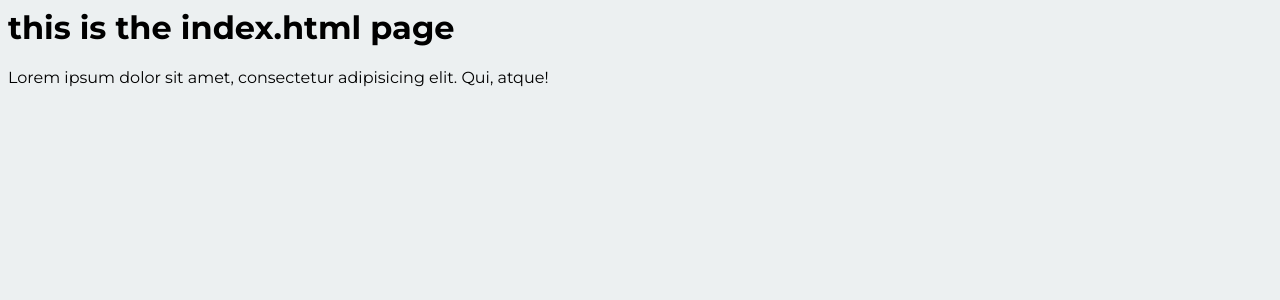
Repository: Joshua-ip/todo_api
Page: http://localhost/
The author's editor kept a record of every edit. The page is drawn from the files as they stood at one moment, then again after the next edit.
The browser window is 1280 px wide. The pictures show the whole page.
The page is served by the project's Node server (todo_api/index.js). Other server files are loaded and not shown.

Above is the page before.

### todo_api/views/index.html
<h1>this is the index.html page</h1>

<p>Lorem ipsum dolor sit amet, consectetur adipisicing elit. Qui, atque!</p>

<head>
    <link rel="stylesheet" href="app.css" type="text/css" />
</head>

<body>

</body>

### todo_api/index.js
var express = require("express");
var app = express(),
    port = process.env.PORT || 3000,
    todoRoutes = require("./routes/todos.js");

app.use(express.static(__dirname + '/views'));
app.use(express.static(__dirname + '/public'));

app.get("/",function(req,res){
    res.sendFile("index.html");
})

app.use("/api/todos",todoRoutes);

app.listen(port,function(){
    console.log("app is running");
})

### todo_api/public/app.css
@import url('https://fonts.googleapis.com/css?family=Montserrat:300,400,700');

body {
	font-family: 'Montserrat', sans-serif;
	background: #ecf0f1;
}

/*****************************HEADER STYLES*****************************/
header {
	text-align: center;
}
header h1 {
	font-size: 64px;
	font-weight: 300;
	margin: 80px 0 25px;
	color: #2c3e50;
}
header h1 span {
	font-weight: 700;
}
header h2 {
	color: #bdc3c7;
	font-weight:300;
}
/*****************************FORM STYLES*****************************/

.form {
	width: 800px;
	margin: 50px auto 20px;
}

#todoInput {
	width: 100%;
	height: 60px;
	background: none;
	border: none;
	border-bottom: 1px solid #34495e;
	outline: none;
	font: 300 28px 'Ubuntu', sans-serif;
	padding: 20px;
	color: #34495e;
}

/*****************************LIST STYLES*****************************/
.list {
	width: 800px;
	margin: 0 auto;
}
.task {
	width: 100%;
	height: 60px;
	line-height: 60px;
	font-size: 20px;
	padding: 0 20px;
	color: #34495e;
	transition: all .3s ease;
}
.task:hover {
	background: rgba(0, 0, 0, .02);
	cursor: pointer;
}

.task:hover span{
	opacity: 1;
}

.done {
	text-decoration: line-through;
	color: #bdc3c7;
}

li span {
  float: right;
  color: #c0392b;
  transition: all 0.3s;
  opacity: 0;
}

li span:hover {
  color: #e74c3c
}

After the next edit:
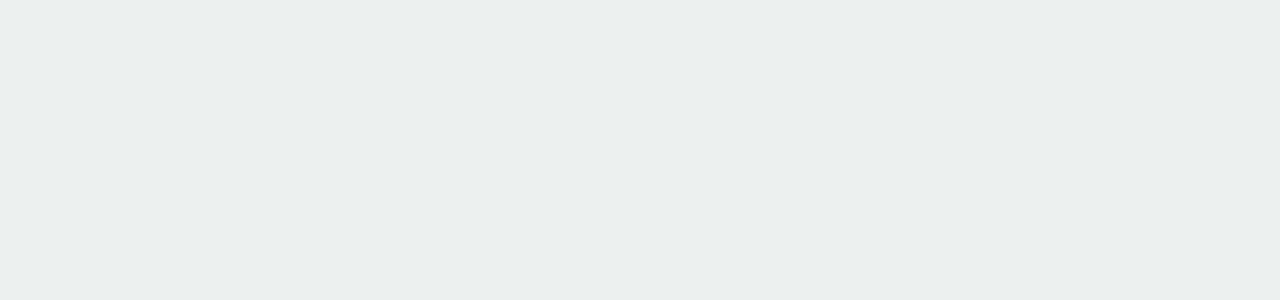
The edit:
--- a/todo_api/views/index.html
+++ b/todo_api/views/index.html
@@ -1,7 +1,3 @@
-<h1>this is the index.html page</h1>
-
-<p>Lorem ipsum dolor sit amet, consectetur adipisicing elit. Qui, atque!</p>
-
 <head>
     <link rel="stylesheet" href="app.css" type="text/css" />
 </head>

After the edit that followed:
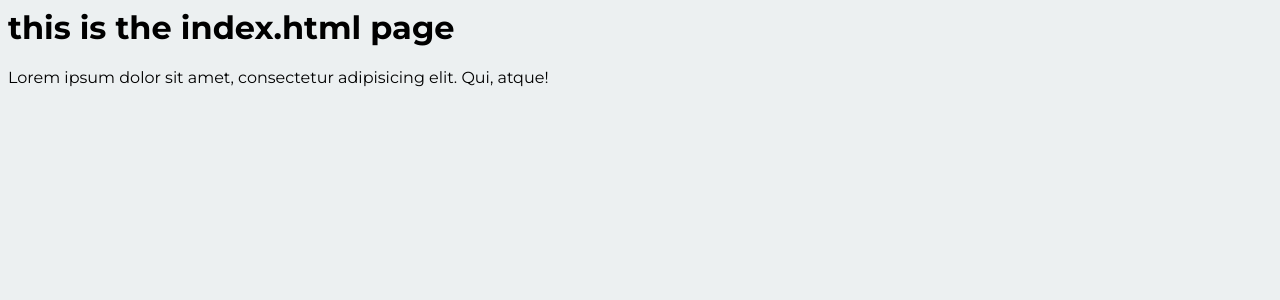
The edit:
--- a/todo_api/views/index.html
+++ b/todo_api/views/index.html
@@ -3,5 +3,6 @@
 </head>
 
 <body>
-
+    <h1>this is the index.html page</h1>
+    <p>Lorem ipsum dolor sit amet, consectetur adipisicing elit. Qui, atque!</p>
 </body>
